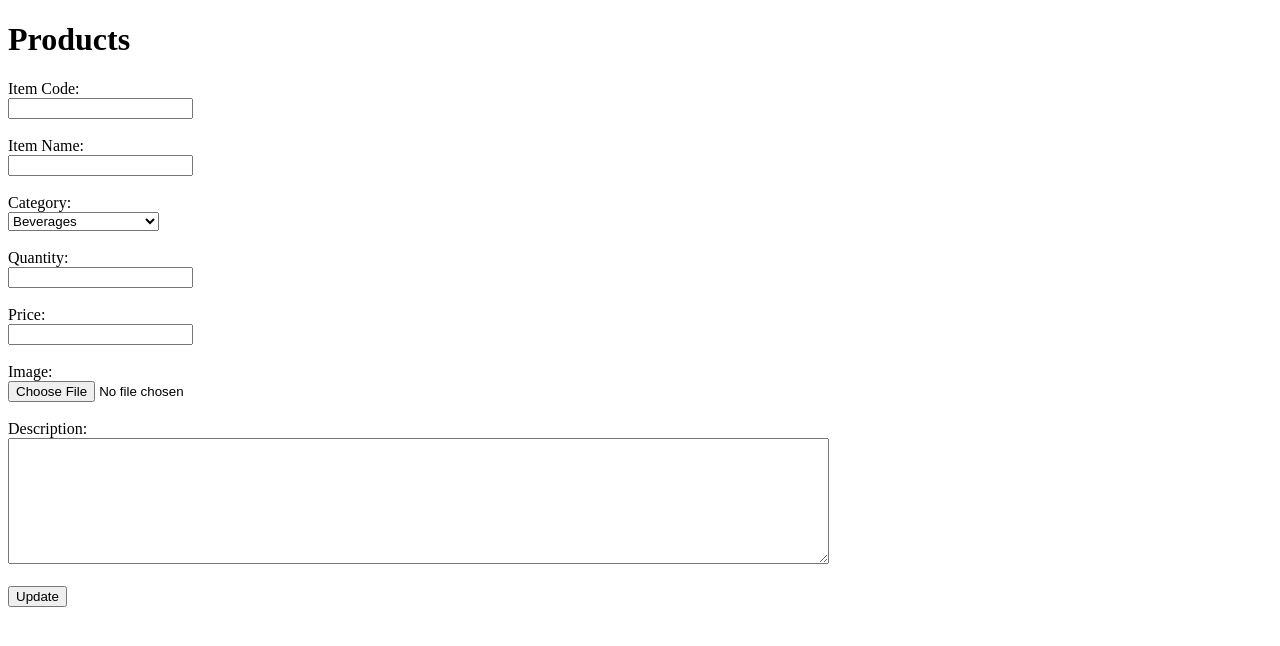
Repository: shanika2002/FreshCraze
Page: http://localhost/itemDem/product.jsp
The author's editor kept a copy of each file at every save. The page is drawn from the files as they stood at one save, then again after the next save.
The browser window is 1280 px wide. The pictures show the whole page.
The page is served by Tomcat 9. Other server files are loaded and not shown.

Above is the page before, as saved 2024-05-10 03:18:13.

### itemDem/src/main/webapp/product.jsp
<%@ page language="java" contentType="text/html; charset=ISO-8859-1"
    pageEncoding="ISO-8859-1"%>

<%@ taglib uri="http://java.sun.com/jsp/jstl/core" prefix= "c" %>

<!DOCTYPE html>
<html>
<head>

<meta charset="ISO-8859-1">
<title>Insert title here</title>
</head>
<body>
<h1>Products</h1>

<c:set var = "item" value="${item}"/>

<div class="container">



<label for="item_code">Item Code:</label><br>
        <input type="text" id="item_code" name="itemCode" required value="${item.itemCode }"><br><br>

        <label for="item_name">Item Name:</label><br>
        <input type="text" id="item_name" name="itemName" required value="${item.itemName }"><br><br>

        <label for="category">Category:</label><br>
        <select id="category" name="category" required value="${item.category }">
            <option value="Beverages">Beverages</option>
            <option value="Choco & Snacks">Choco & Snacks</option>
            <option value="Food-Staples">Food-Staples</option>
            <option value="Laundry & Household">Laundry & Household</option>

        </select><br><br>

        <label for="quantity">Quantity:</label><br>
        <input type="number" id="quantity" name="quantity" min="0" required value="${item.quantity }"><br><br>

        <label for="price">Price:</label><br>
        <input type="text" id="price" name="price" required value="${item.price }"><br><br>

        <label for="image">Image:</label><br>
        <input type="file" id="image" name="image" accept="image/*" required value="${item.image }"><br><br>

        <label for="description">Description:</label><br>
        <textarea id="description" name="description" rows="8" cols="100" required value="${item.description }"></textarea><br><br>

       <form action="updateItem.jsp" method= "post">
       <input type="hidden" name="itemCode" value="${item.itemCode }">
       <input type="hidden" name="itemName" value="${item.itemName }">
       <input type="hidden" name="category" value="${item.category }">
       <input type="hidden" name="quantity" value="${item.quantity }">
       <input type="hidden" name="price" value="${item.price }">
       <input type="hidden" name="image" value="${item.image }">
       <input type="hidden" name="description" value="${item.description }">

       <input type = "submit" value = "Update">

       </form>
</div>
</body>
</html>

After the next save:
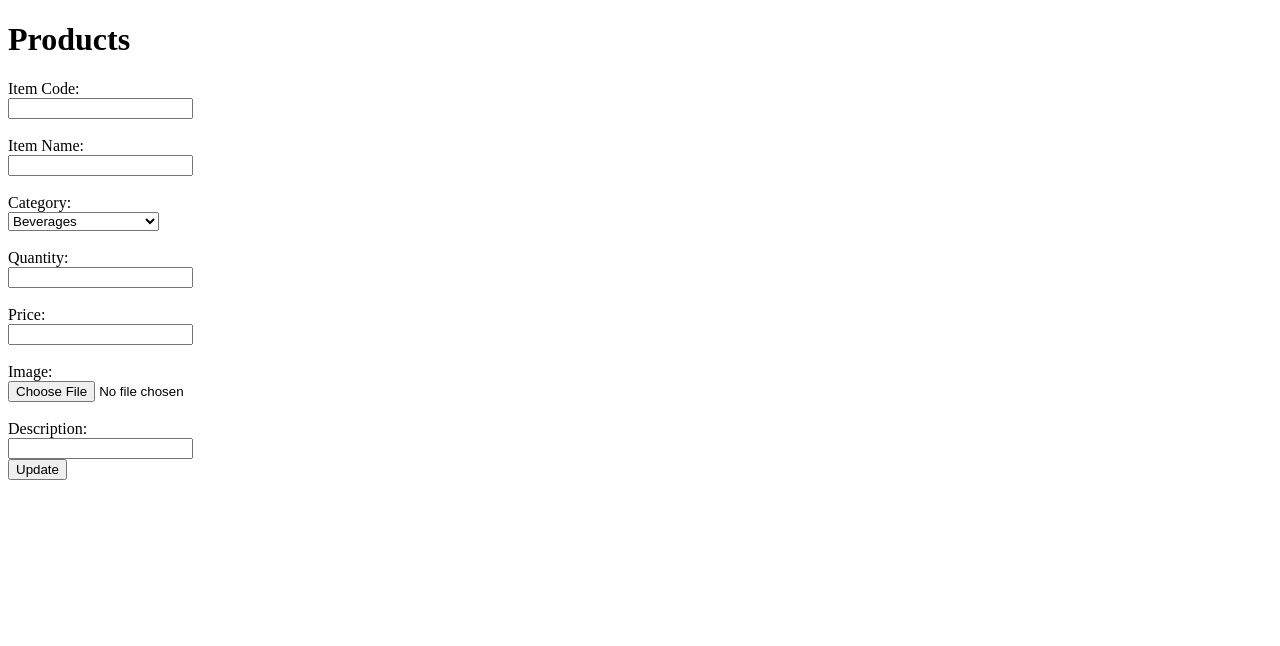
Saved 62 s later.
--- a/itemDem/src/main/webapp/product.jsp
+++ b/itemDem/src/main/webapp/product.jsp
@@ -44,7 +44,7 @@
         <input type="file" id="image" name="image" accept="image/*" required value="${item.image }"><br><br>
 
         <label for="description">Description:</label><br>
-        <textarea id="description" name="description" rows="8" cols="100" required value="${item.description }"></textarea><br><br>
+        <input id="text" name="description" required value="${item.description}">
 
        <form action="updateItem.jsp" method= "post">
        <input type="hidden" name="itemCode" value="${item.itemCode }">
